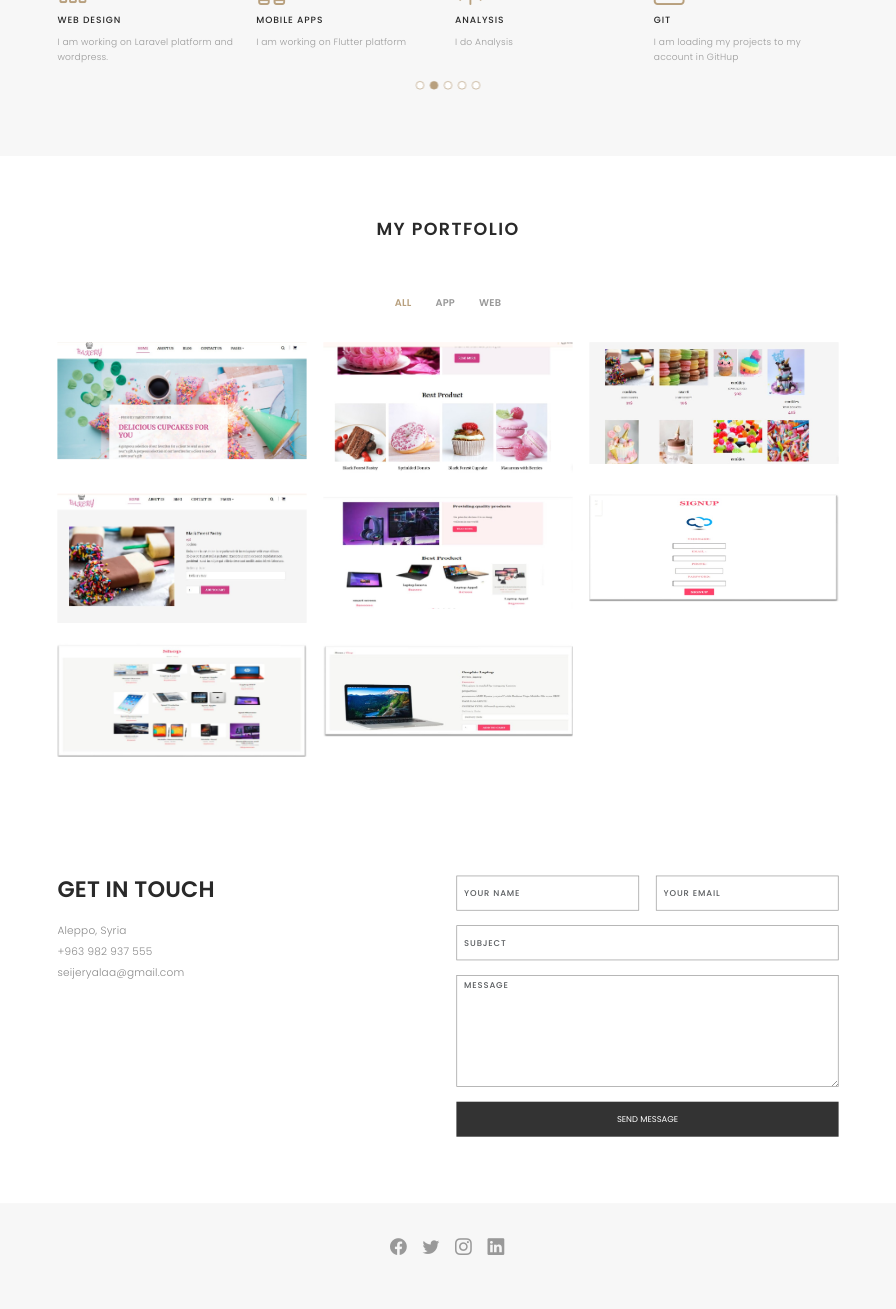
Repository: AlaaBashirSaijary/Library
Page: http://localhost/home
An editor plug-in stored every save of this project. The page is shown before and after the next save, followed by the edit.
The browser window is 1280 px wide. The pictures show the part of the page from y = 1377 to 3297 px (the page is 3247 px tall before and 3297 px after), at 70% of full size.
Some web fonts or font styles are not loaded; a fallback is used. The page is served by the project's Laravel application, run on PHP 8.4 with Laravel 10.

Above is the page before, as saved 2024-01-07 11:51:04.

After the next save:
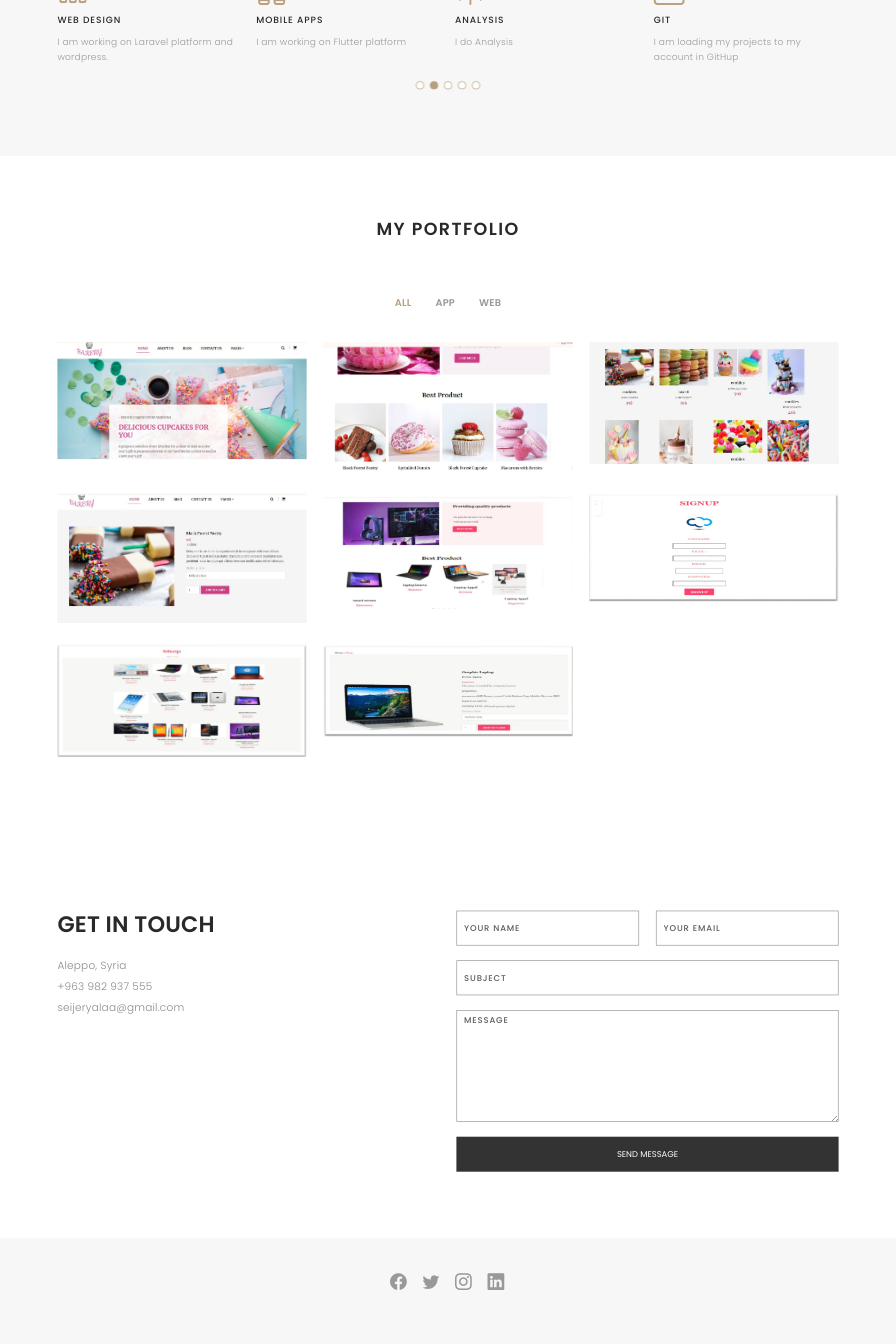
Saved 10 s later.
--- a/resources/views/pages/home.blade.php
+++ b/resources/views/pages/home.blade.php
@@ -213,6 +213,15 @@
               <a href='{{ route("Details") }}'  class="details-link" title="More Details"><i class="bx bx-link"></i></a>
             </div>
           </div>
+          <div class="col-lg-4 col-md-6 portfolio-item filter-app">
+            <img src="{{ asset('img/portfolio/portfolio-9.jpg') }}" class="img-fluid" alt="">
+            <div class="portfolio-info">
+              <h4>Web </h4>
+              <p>Web</p>
+              <a href="{{ asset('img/portfolio/portfolio-9.jpg') }}" data-gallery="portfolioGallery" class="portfolio-lightbox preview-link" title="ًWeb"><i class="bx bx-plus"></i></a>
+              <a href='{{ route("Details") }}'  class="details-link" title="More Details"><i class="bx bx-link"></i></a>
+            </div>
+          </div>
 
         </div>
 
